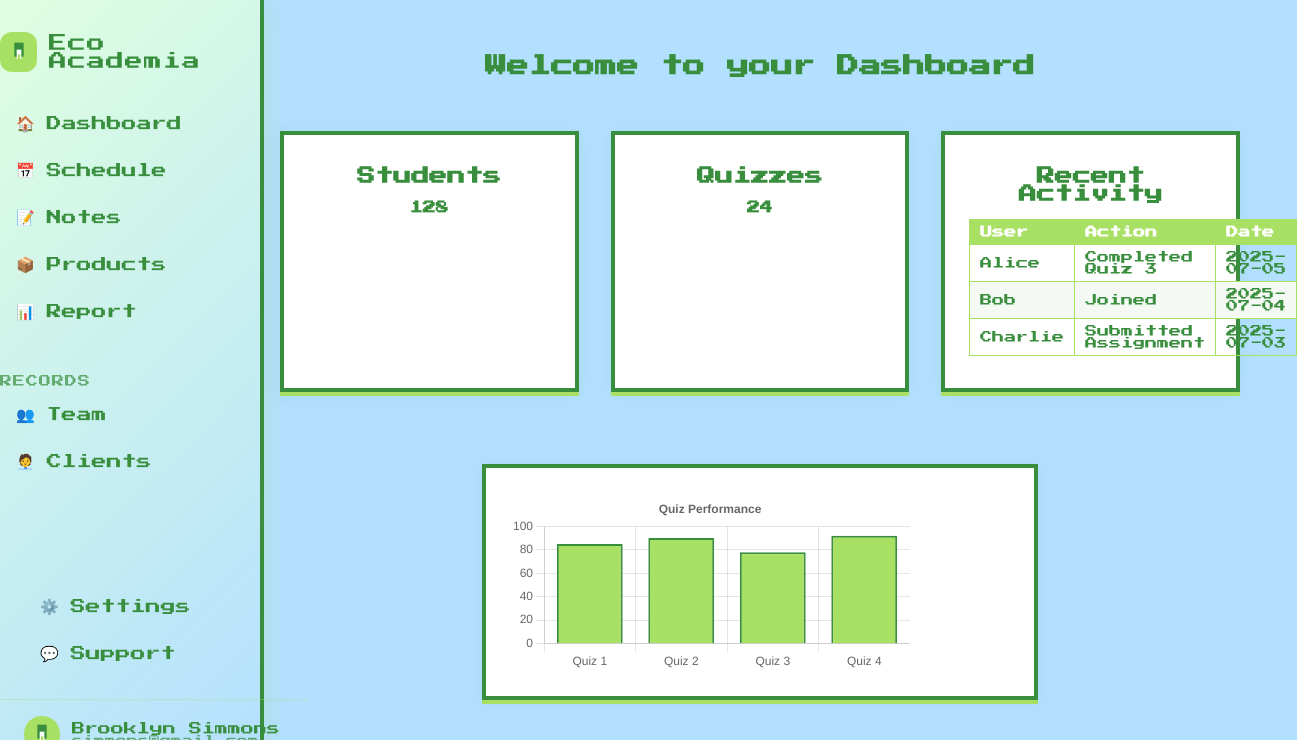
Repository: hotaruhshs/eco-academia
Page: admin/dashboard.html
An editor plug-in stored every save of this project. The page is shown before and after the next save, followed by the edit.
The browser window is 1280 px wide. The page is 1297 px wide, so the pictures cover 1297 px, including what lies to the right of the window. The pictures show the whole page.

Above is the page before, as saved 2025-07-06 01:56:08.

After the next save:
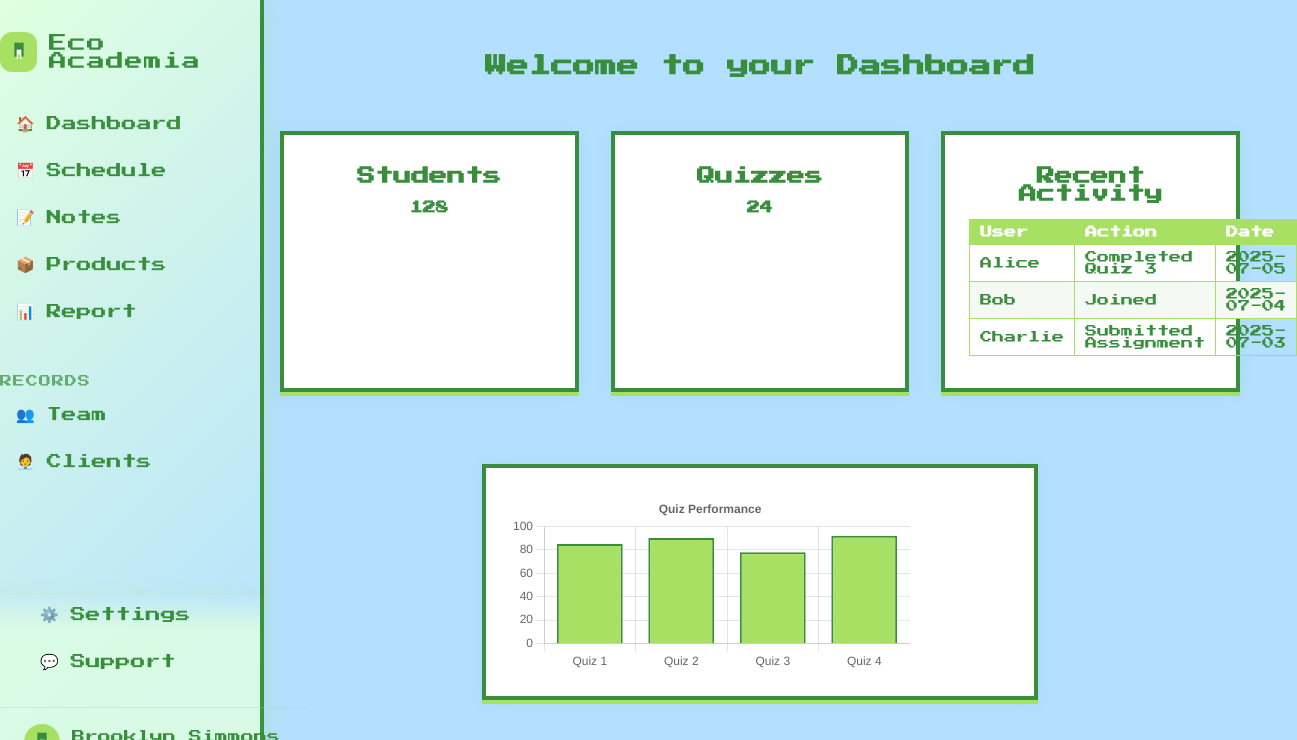
Saved 20 s later.
--- a/admin/css/dashboard.css
+++ b/admin/css/dashboard.css
@@ -4,6 +4,7 @@ body {
   background: #b3e0ff;
   color: #23272e;
   min-height: 100vh;
+  height: 100dvh;
   /* Remove flex layout from body to allow normal block flow */
 }
 
@@ -18,17 +19,16 @@ body::after {
   left: 0;
   top: 0;
   width: 260px;
-  height: 100%;
+  display: flex;
+  flex-direction: column;
+  align-items: center;
+  justify-content: flex-start;
+  height: 100vh;
   background: linear-gradient(135deg, #e0ffe0 0%, #b3e0ff 100%);
   color: #388e3c;
   padding: 32px 0 16px 0;
   box-shadow: 4px 0 24px #a8e06333;
   border-right: 4px solid #388e3c;
-  display: flex;
-  flex-direction: column;
-  align-items: center;
-  justify-content: flex-start;
-  position: fixed;
 }
 .sidebar-bottom {
   margin-top: auto;
@@ -37,6 +37,12 @@ body::after {
   flex-direction: column;
   align-items: stretch;
   gap: 0;
+  position: absolute;
+  left: 0;
+  bottom: 0;
+  background: linear-gradient(0deg, #e0ffe0cc 80%, transparent 100%);
+  box-shadow: 0 -2px 12px #a8e06322;
+  padding-bottom: 8px;
 }
 .sidebar-header {
   display: flex;
